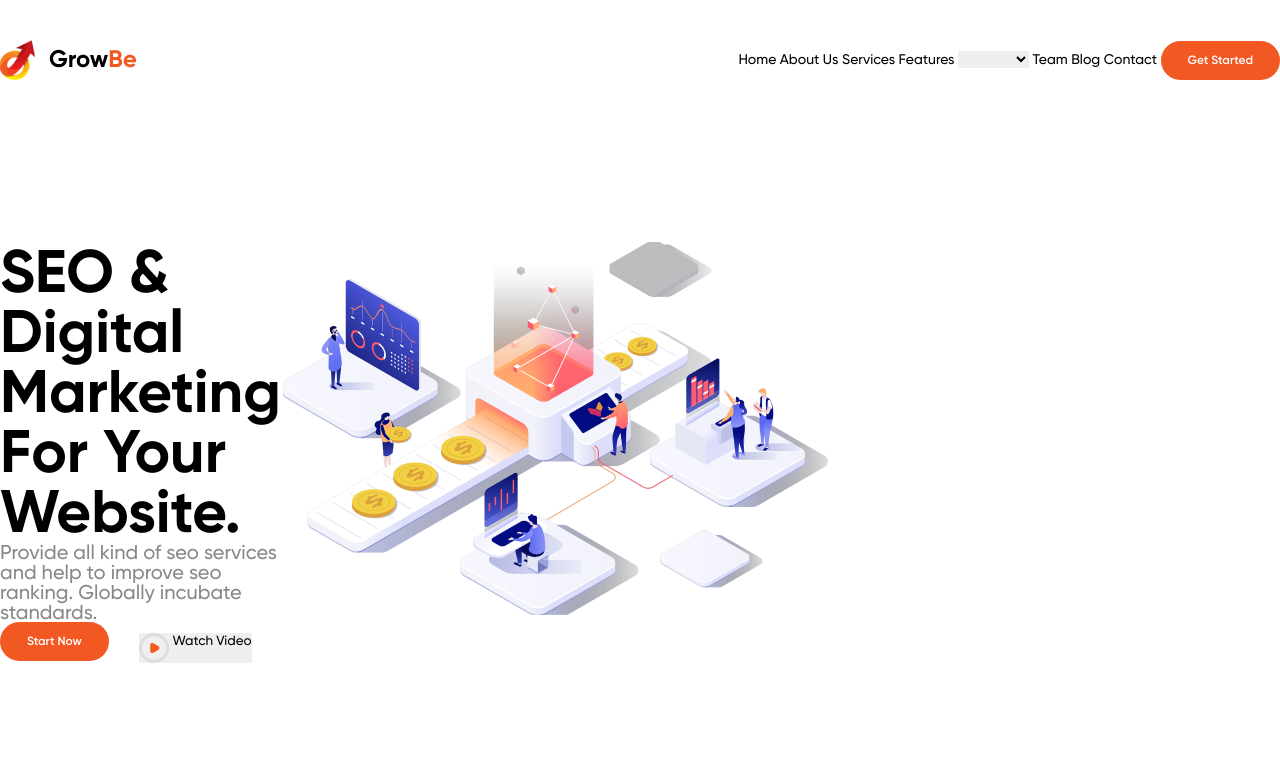
Repository: Alekseiy1980/GrowBe
Page: index.html
These files come from the project's save history. The page is drawn as it stood at one moment and after the next save; the edit follows.
The browser window is 1280 px wide. The pictures show the whole page.

Above is the page before, as saved 2024-01-20 13:53:56.

After the next save:
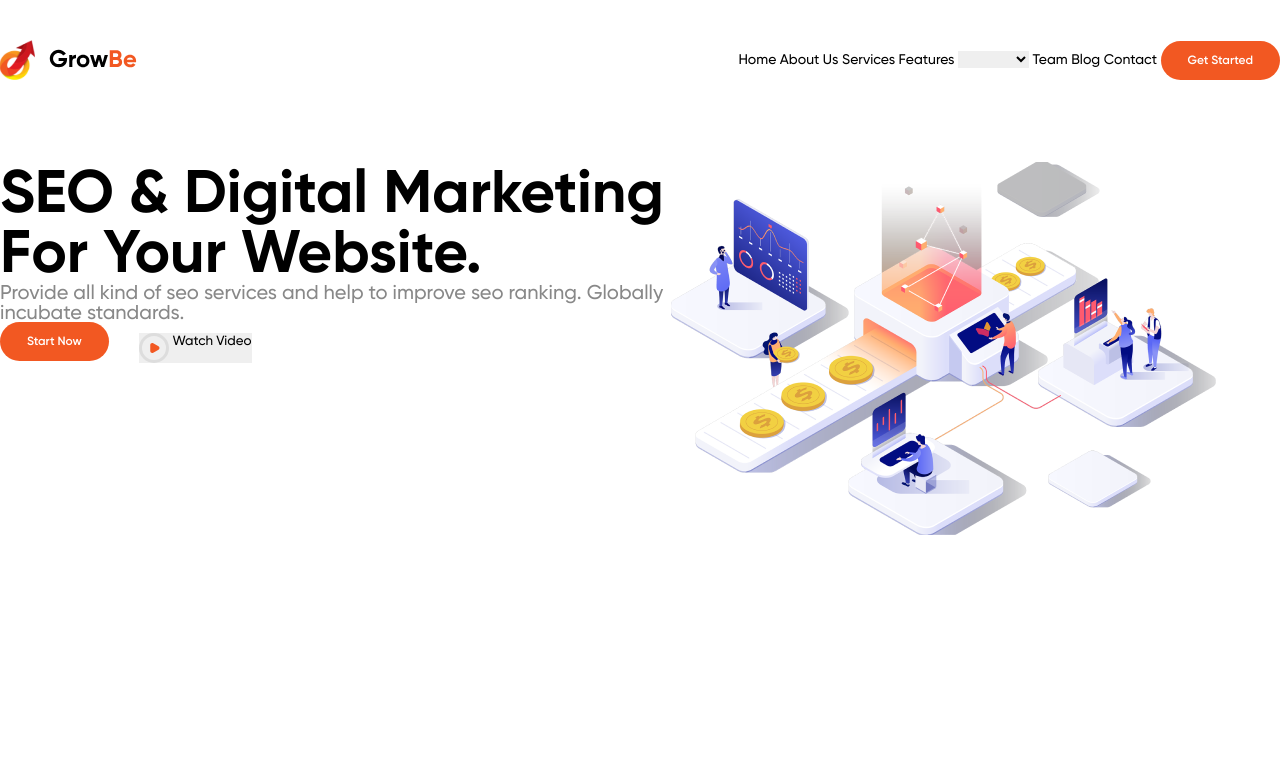
Saved 4 min 18 s later.
--- a/css/style.css
+++ b/css/style.css
@@ -71,16 +71,16 @@ header {
 .home_meta{
     margin-top: 82px;
     display: flex;
-    width: 522px;
+
+}
+
+.home_content{
+    align-content: center;
+    white-space: pre-wrap;
+     width: 522px;
     margin-bottom: 17px;
     padding-right: 40px;
     padding-top: 80px;
-}
-
-.home_content{
-    justify-content: center;
-    white-space: pre-wrap;
-
 }
 
 .home_title{
